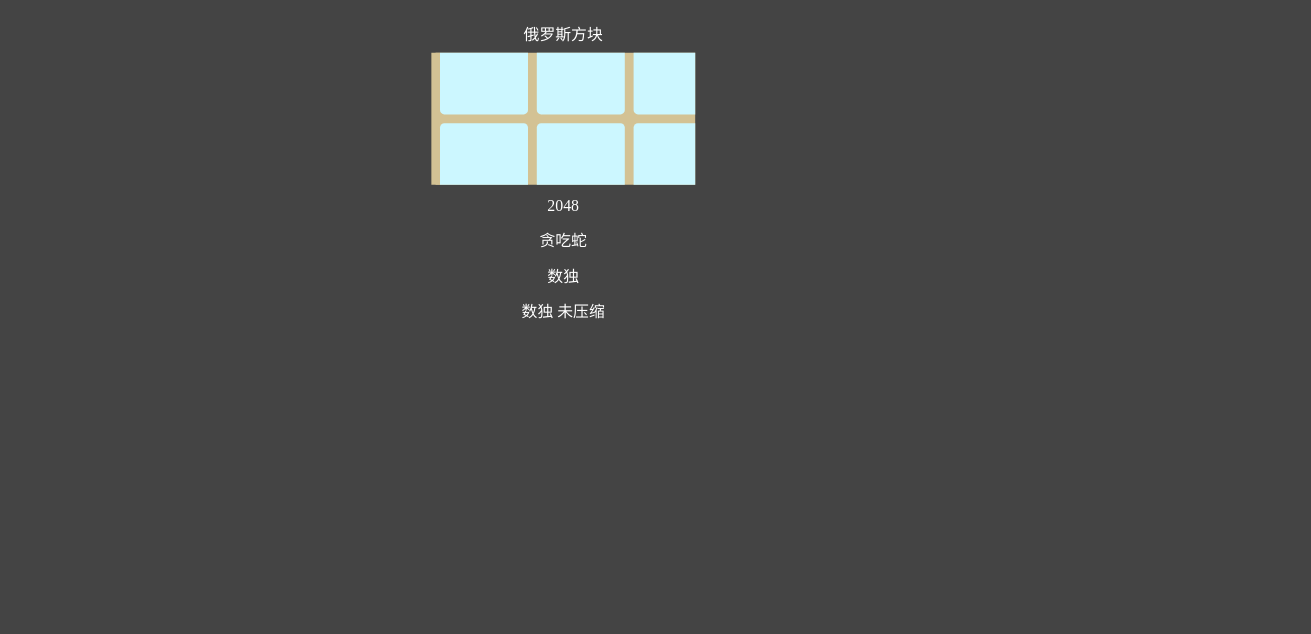
Repository: yangtengxiang/get_test
Page: game/H5/index.html
An editor plug-in stored every save of this project. The page is shown before and after the next save, followed by the edit.
The browser window is 1280 px wide. The page is 1280 px wide, then 1490 px, so the pictures cover 1490 px, including what lies to the right of the window. The pictures show the whole page, at 88% of full size.

Above is the page before, as saved 2020-04-29 17:39:32.

After the next save:
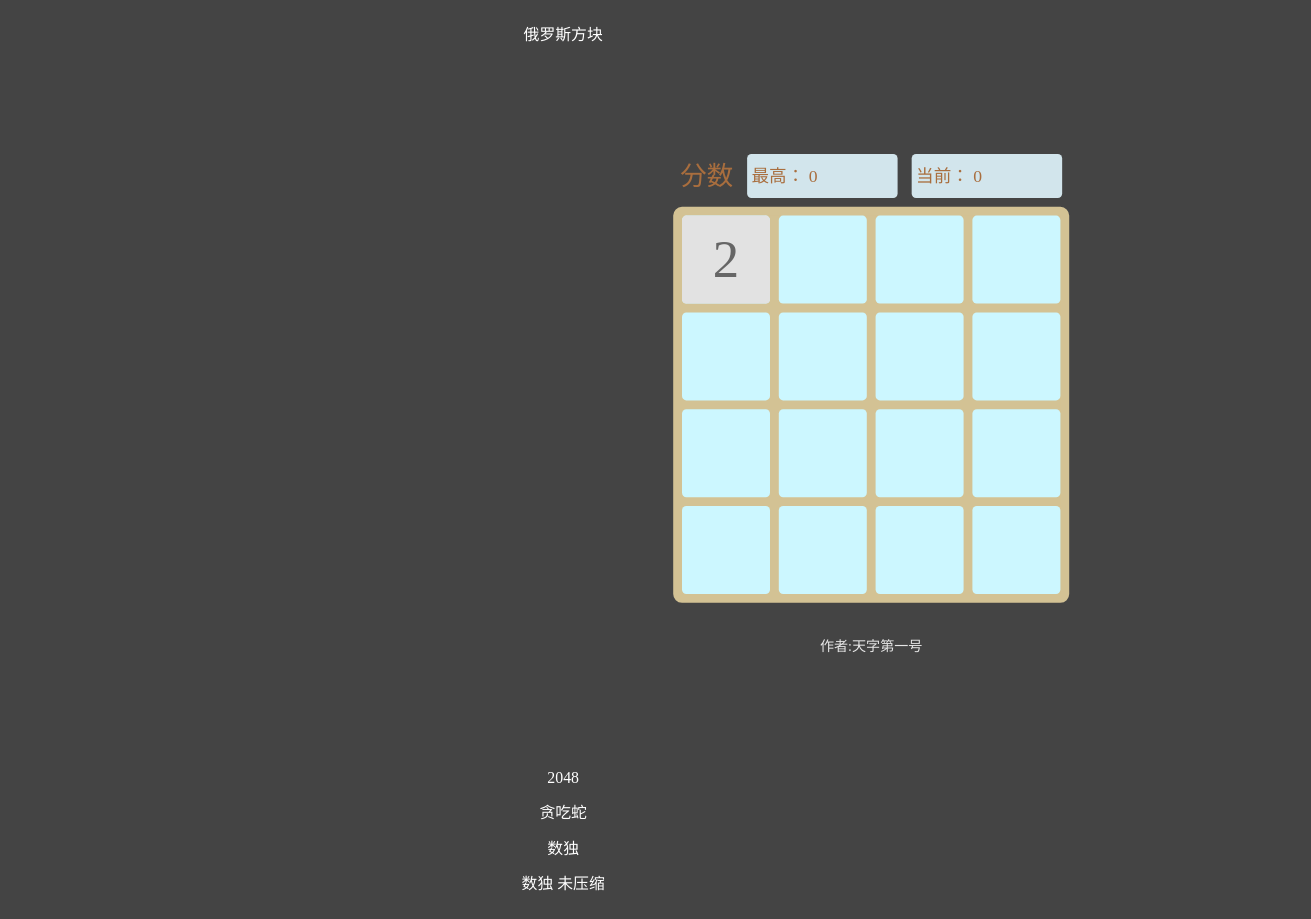
Saved 72 s later.
--- a/game/H5/index.html
+++ b/game/H5/index.html
@@ -25,6 +25,10 @@
 		}.link-box a:hover{
 			background: #333;
 		}
+		iframe{
+			width: 1000px;
+			height: 800px;
+		}
 	</style>
 </head>
 <body>
